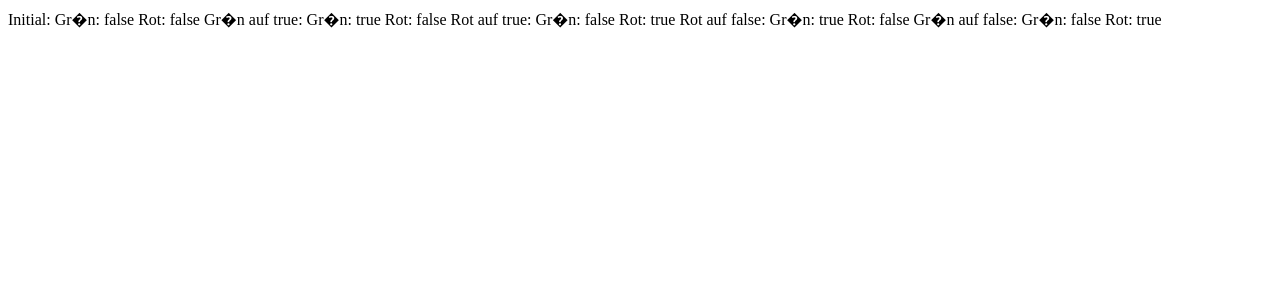
Repository: dklinger/Studium
Page: http://localhost/20140526_Skript3_Aufgabe28.php
The author's editor kept a copy of each file at every save. The page is drawn from the files as they stood at one save, then again after the next save.
The browser window is 1280 px wide. The pictures show the whole page.
The page is run by PHP 8.4 with error messages shown; the project is at /var/www/html/.

Above is the page before, as saved 2014-05-26 18:44:03.

After the next save:
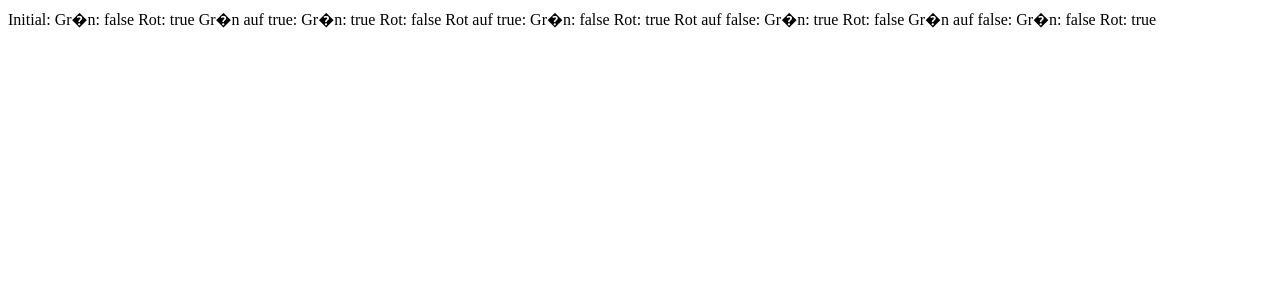
Saved 92 s later.
--- a/SS2014/Skriptsprachenorientierte Programmiertechnik/Uebungen/20140526_Skript3_Aufgabe28.php
+++ b/SS2014/Skriptsprachenorientierte Programmiertechnik/Uebungen/20140526_Skript3_Aufgabe28.php
@@ -22,7 +22,7 @@
 $ampel1->druckeZustand();
 
 class Ampel {
-	private $roteLampe;
+	private $roteLampe = true;
 	private $grueneLampe;
 
 	function Ampel()

After the save that followed:
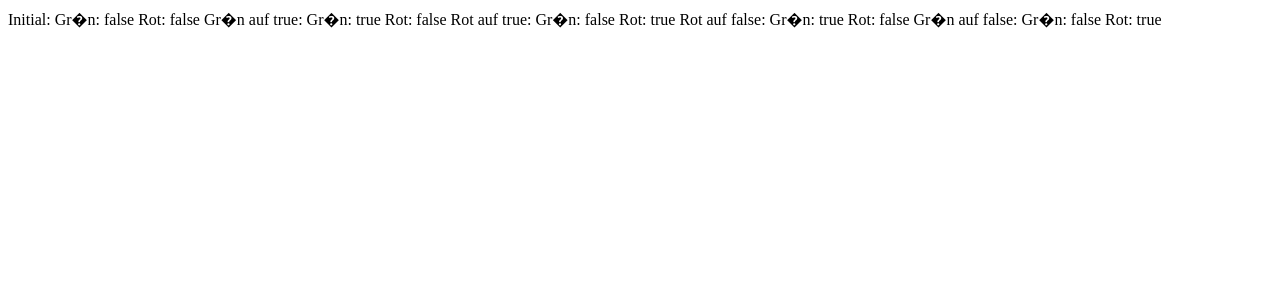
Saved 2 min 34 s later.
--- a/SS2014/Skriptsprachenorientierte Programmiertechnik/Uebungen/20140526_Skript3_Aufgabe28.php
+++ b/SS2014/Skriptsprachenorientierte Programmiertechnik/Uebungen/20140526_Skript3_Aufgabe28.php
@@ -25,7 +25,7 @@
 	private $roteLampe = true;
 	private $grueneLampe;
 
-	function Ampel()
+	function __construct()
 	{
 		$this->roteLampe = false;
 		$this->grueneLampe = false;
